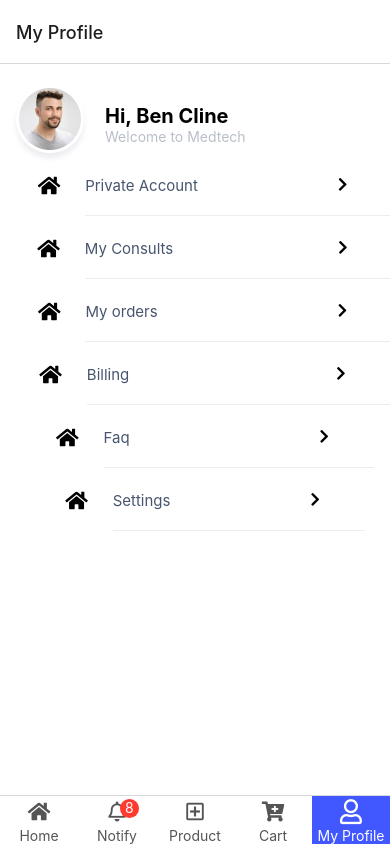
Repository: ntu34543/designReactNative
Screen: /My Profile
An editor plug-in stored every save of this project. The screen is shown before and after a run of saves, followed by the edit.
The app was drawn by React Native's web renderer in a window 390 px wide. The project was rebuilt for these pictures with package versions that can differ from the ones it lists, and the page was loaded fresh each time. Also part of the build but not shown: page/DiabetesCare.js, page/Notify.js, page/Cart.js.

Above is the screen before, as saved 2022-11-02 11:08:33.

After the next 2 saves:
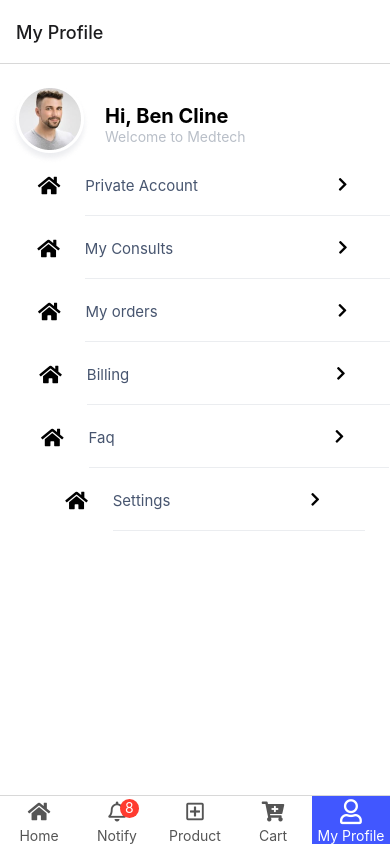
The 2 saves are shown as one change because they came seconds apart.
The last was saved 8 s later.
--- a/page/Profile.js
+++ b/page/Profile.js
@@ -140,7 +140,7 @@ const styles = StyleSheet.create({
     paddingLeft: 207,
   },
   iconChevron4 : {
-    paddingLeft: 190,
+    paddingLeft: 220,
   },
   iconChevron5 : {
     paddingLeft: 140,
